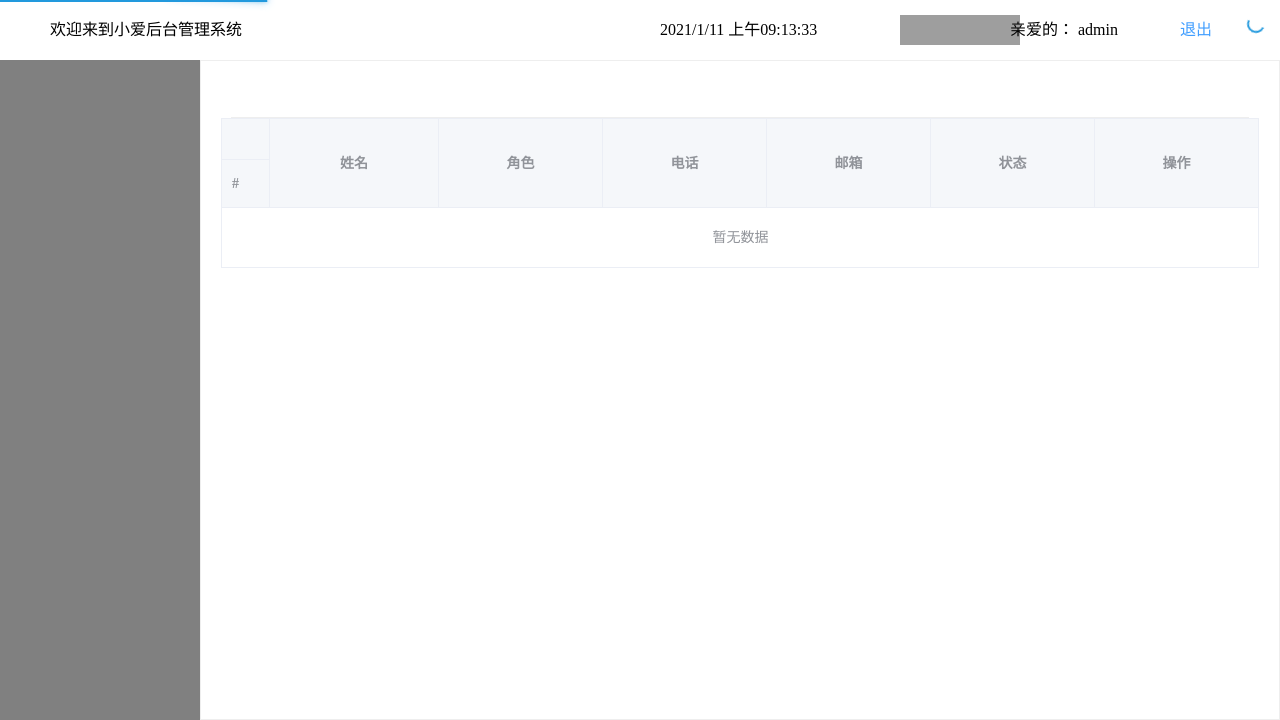
Repository: heyegang/vuex
Page: /usermanagement
An editor plug-in stored every save of this project. The page is shown before and after the next save, followed by the edit.
The browser window is 1280 px wide. The pictures show the whole page.
Pictures or frames that could not be fetched are drawn as grey boxes. The page's requests for data from a server got no answer. The project was rebuilt for these pictures with package versions that can differ from the ones it lists, and the page was loaded fresh each time. No one was signed in, and anything a server would have sent is missing. Also part of the build but not shown: vue.config.js, src/views/Home.vue, src/components/navsidebar/NavSidebar.vue.

Above is the page before, as saved 2021-01-11 18:02:08.

After the next save:
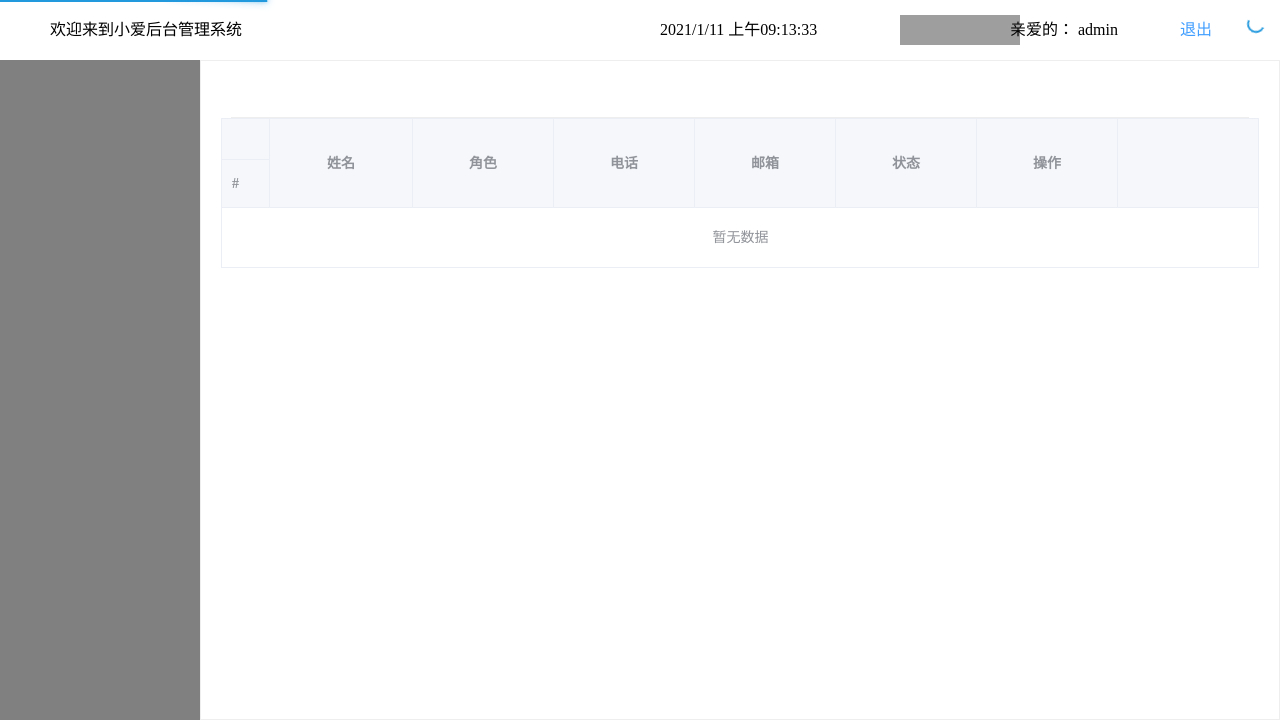
Saved 17 min 47 s later.
--- a/src/components/aitable/AiTable.vue
+++ b/src/components/aitable/AiTable.vue
@@ -30,6 +30,11 @@
           <slot name="action" :scope="scope"></slot>
         </template>
       </el-table-column> -->
+      <el-table-column>
+        <template slot-scope="scope">
+          <slot name="action" :scope="scope"></slot>
+        </template>
+      </el-table-column>
     </el-table>
 </template>
 
